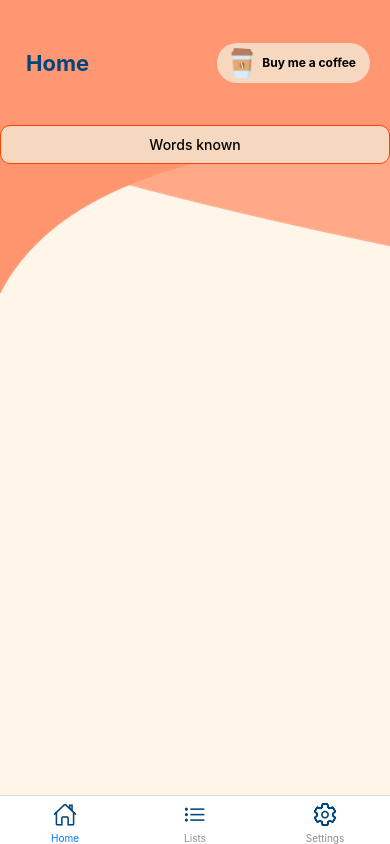
Repository: David-Waite/SpellingApp
Screen: /
The author's editor kept a copy of each file at every save. The screen is drawn from the files as they stood at one save, then again after the next save.
The app was drawn by React Native's web renderer in a window 390 px wide. The project was rebuilt for these pictures with package versions that can differ from the ones it lists, and the page was loaded fresh each time. Also part of the build but not shown: screens/Settings.js, screens/SpellWord.js, screens/WordsLearnt.js, screens/WordListOverview.js, screens/WordLists.js, screens/Donate.js.

Above is the screen before, as saved 2023-06-22 22:05:13.

### App.js
import { NavigationContainer } from "@react-navigation/native";
import { StatusBar } from "expo-status-bar";
import { StyleSheet } from "react-native";
import { Ionicons } from "@expo/vector-icons";

import Home from "./screens/Home";
import Settings from "./screens/Settings";
import SpellWord from "./screens/SpellWord";
import WordsLearnt from "./screens/WordsLearnt";
import WordListOverview from "./screens/WordListOverview";
import WordLists from "./screens/WordLists";
import Donate from "./screens/Donate";

import { createStackNavigator } from "@react-navigation/stack";
import { createBottomTabNavigator } from "@react-navigation/bottom-tabs";
import { GlobalStyles } from "./constants/styles";

import CoffeeBtn from "./components/ui/CoffeeBtn";

const BottomTabs = createBottomTabNavigator();
const Stack = createStackNavigator();

function BottomTabsScreens() {
  return (
    <BottomTabs.Navigator>
      <BottomTabs.Screen
        name="Home"
        component={Home}
        headerShadowVisible={false}
        options={({ navigation }) => ({
          headerRight: () => (
            <CoffeeBtn
              onPress={() => {
                navigation.navigate("Donate");
              }}
            />
          ),
          title: "Home",
          tabBarLabel: "Home",
          headerTitleAlign: "left",
          headerShadowVisible: false,
          headerTitleStyle: {
            color: GlobalStyles.colors.accent500,
            fontSize: 22,
            marginLeft: 10,
            fontWeight: 700,
          },
          headerStyle: {
            backgroundColor: GlobalStyles.colors.primary400,
            height: 125,
          },

          tabBarIcon: ({ color, size }) => (
            <Ionicons
              name="home-outline"
              size={size}
              color={GlobalStyles.colors.accent500}
            />
          ),
        })}
      />
      <BottomTabs.Screen
        name="WordLists"
        component={WordLists}
        options={{
          title: "Word Lists",
          tabBarLabel: "Lists",
          tabBarIcon: ({ color, size }) => (
            <Ionicons
              name="list-outline"
              size={size}
              color={GlobalStyles.colors.accent500}
            />
          ),
        }}
      />
      <BottomTabs.Screen
        name="Settings"
        component={Settings}
        options={{
          title: "Settings",
          tabBarLabel: "Settings",
          tabBarIcon: ({ color, size }) => (
            <Ionicons
              name="settings-outline"
              size={size}
              color={GlobalStyles.colors.accent500}
            />
          ),
        }}
      />
    </BottomTabs.Navigator>
  );
}
export default function App() {
  return (
    <>
      <StatusBar style="light" />
      <NavigationContainer>
        <Stack.Navigator>
          <Stack.Screen
            name="BottomTabsScreen"
            component={BottomTabsScreens}
            options={{ headerShown: false }}
          />
          <Stack.Screen
            name="WordsLearnt"
            component={WordsLearnt}
            options={{ presentation: "modal" }}
          />
          <Stack.Screen name="WordListOverview" component={WordListOverview} />
          <Stack.Screen
            name="SpellWord"
            component={SpellWord}
            options={{ presentation: "modal" }}
          />
          <Stack.Screen
            name="Donate"
            component={Donate}
            options={{ presentation: "modal" }}
          />
        </Stack.Navigator>
      </NavigationContainer>
    </>
  );
}

const styles = StyleSheet.create({
  container: {
    flex: 1,
    backgroundColor: "#fff",
    alignItems: "center",
    justifyContent: "center",
  },
});

### screens/Home.js
import { ImageBackground, Text, View } from "react-native";

import { StyleSheet } from "react-native";
import { GlobalStyles } from "../constants/styles";

import WordsLearntCard from "../components/ui/WordsLearntCard";
function Home({ navigation }) {
  return (
    <View style={styles.container}>
      <ImageBackground
        style={styles.ImageBackground}
        source={require("../images/SpellingAppHeaderBackground.png")}
      >
        <WordsLearntCard navigation={navigation} />
      </ImageBackground>
    </View>
  );
}

export default Home;

const styles = StyleSheet.create({
  container: {
    flex: 1,
    backgroundColor: GlobalStyles.colors.background,
  },
  ImageBackground: {
    flex: 1,
  },
});

### constants/styles.js
export const GlobalStyles = {
  colors: {
    background: "#FFF6E9",
    primary50: "#FFF0E5",
    primary100: "#F6D7BF",
    primary100Dark: "#c7ad99",
    primary300: "#FFA989",
    primary400: "#FF9872",
    primary500: "#FF946E",
    primary800: "#FF4400",
    accent500: "#00467B",
    success500: "#0A8900",
    error500: "#FF0000",
  },
};

### components/ui/CoffeeBtn.js
import { Image } from "react-native";
import { StyleSheet } from "react-native";
import { Pressable } from "react-native";
import { View, Text } from "react-native";
import { GlobalStyles } from "../../constants/styles";

function CoffeeBtn({ onPress }) {
  return (
    <Pressable
      onPress={onPress}
      style={({ pressed }) => [styles.conatiner, pressed && styles.pressed]}
    >
      <View style={styles.layoutConatiner}>
        <Image
          style={styles.coffee}
          source={require("../../images/coffee-cup.png")}
        />
        <Text style={styles.text}>Buy me a coffee</Text>
      </View>
    </Pressable>
  );
}

export default CoffeeBtn;

const styles = StyleSheet.create({
  conatiner: {
    backgroundColor: GlobalStyles.colors.primary100,
    borderRadius: 20,

    paddingLeft: 10,
    paddingRight: 14,
    paddingVertical: 5,

    marginRight: 20,
  },
  layoutConatiner: {
    flexDirection: "row",
    alignItems: "center",
    gap: 5,
  },
  text: {
    fontSize: 12,
    fontWeight: 700,
  },
  coffee: {
    width: 30,
    height: 30,
  },
  pressed: {
    backgroundColor: GlobalStyles.colors.primary100Dark,
    borderRadius: 20,
  },
});

### components/ui/WordsLearntCard.js
import { Text, StyleSheet } from "react-native";

import { GlobalStyles } from "../../constants/styles";
import { Pressable } from "react-native";
import { View } from "react-native";

function WordsLearntCard({ navigation }) {
  return (
    <Pressable onPress={() => navigation.navigate("WordsLearnt")}>
      <View style={styles.container}>
        <Text style={styles.WordsKnownText}>Words known</Text>
      </View>
    </Pressable>
  );
}

export default WordsLearntCard;

const styles = StyleSheet.create({
  container: {
    backgroundColor: GlobalStyles.colors.primary100,
    paddingHorizontal: 10,
    paddingVertical: 10,
    borderRadius: 10,
    borderColor: GlobalStyles.colors.primary800,
    borderWidth: 1,
  },
  WordsKnownText: {
    textAlign: "center",
    fontWeight: "500",
  },
  pressed: {
    opacity: 0.75,
  },
});

After the next save:
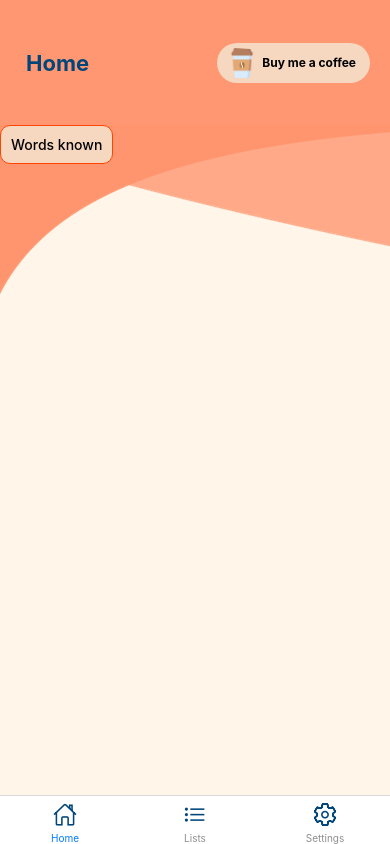
Saved 23 s later.
--- a/screens/Home.js
+++ b/screens/Home.js
@@ -26,5 +26,6 @@
   },
   ImageBackground: {
     flex: 1,
+    flexDirection: "row",
   },
 });

After the save that followed:
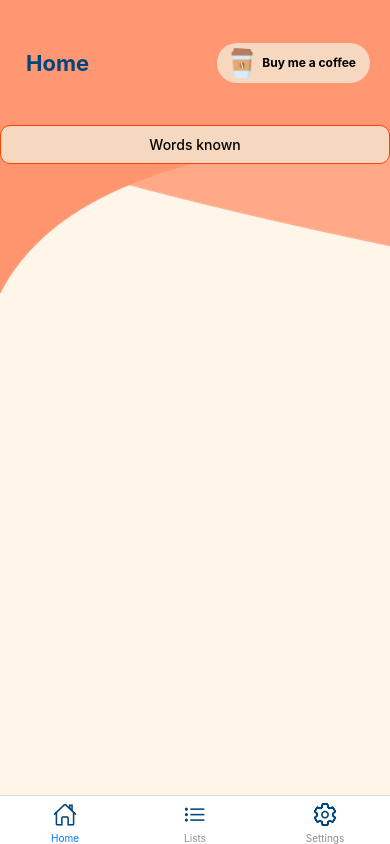
Saved 4 s later.
--- a/screens/Home.js
+++ b/screens/Home.js
@@ -26,6 +26,5 @@
   },
   ImageBackground: {
     flex: 1,
-    flexDirection: "row",
   },
 });
